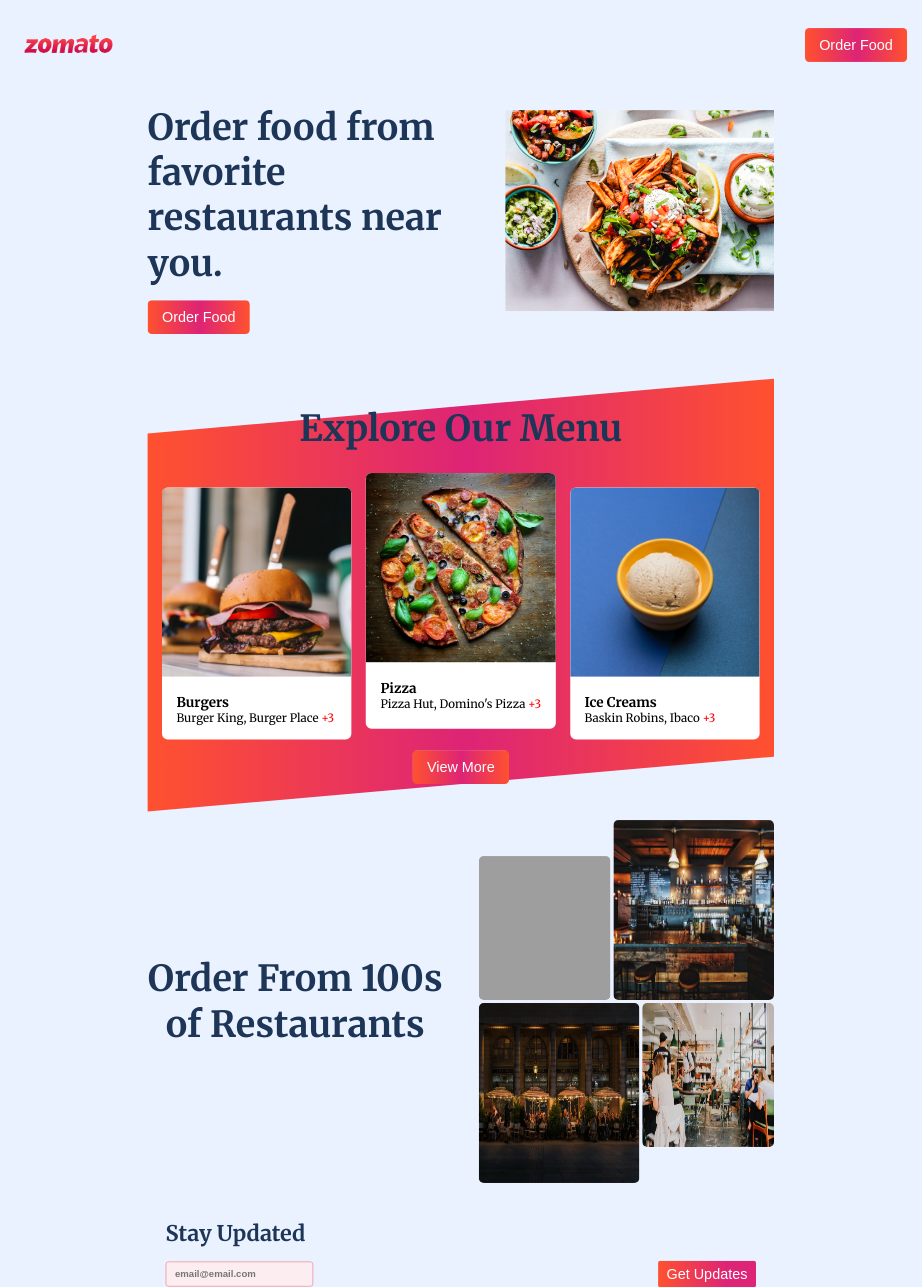
Repository: srush-shah/LandingPage-Project-ShapeAI
Page: index.html
The author's editor kept a copy of each file at every save. The page is drawn from the files as they stood at one save, then again after the next save.
The browser window is 1280 px wide. The pictures show the whole page, at 72% of full size.
Pictures or frames that could not be fetched are drawn as grey boxes.

Above is the page before, as saved 2021-09-21 18:51:37.

After the next save:
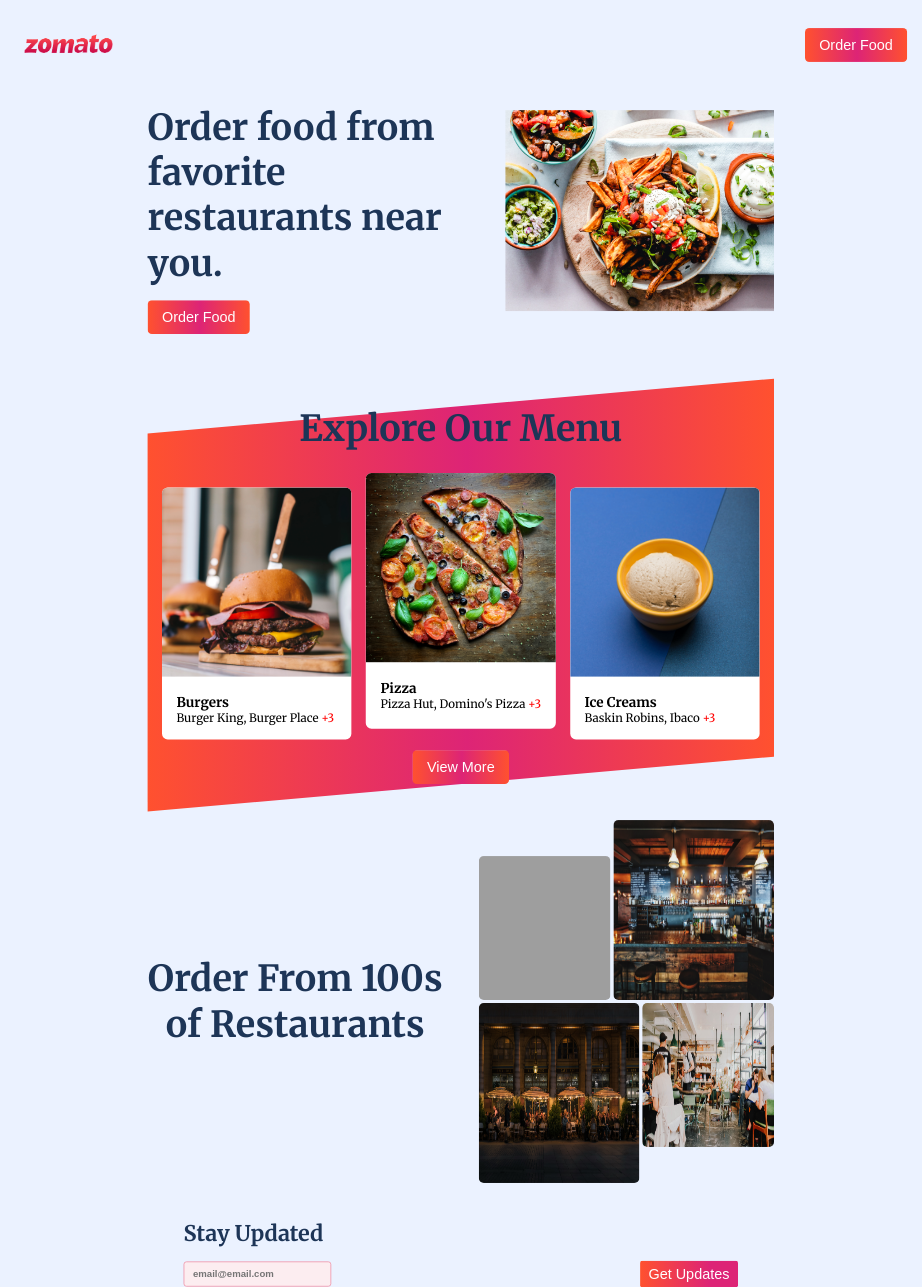
Saved 4 s later.
--- a/style.css
+++ b/style.css
@@ -251,7 +251,7 @@
     height: 150px;
   }
   .subscribe {
-    padding: 0 25px;
+    padding: 0 50px;
   }
 }
 
